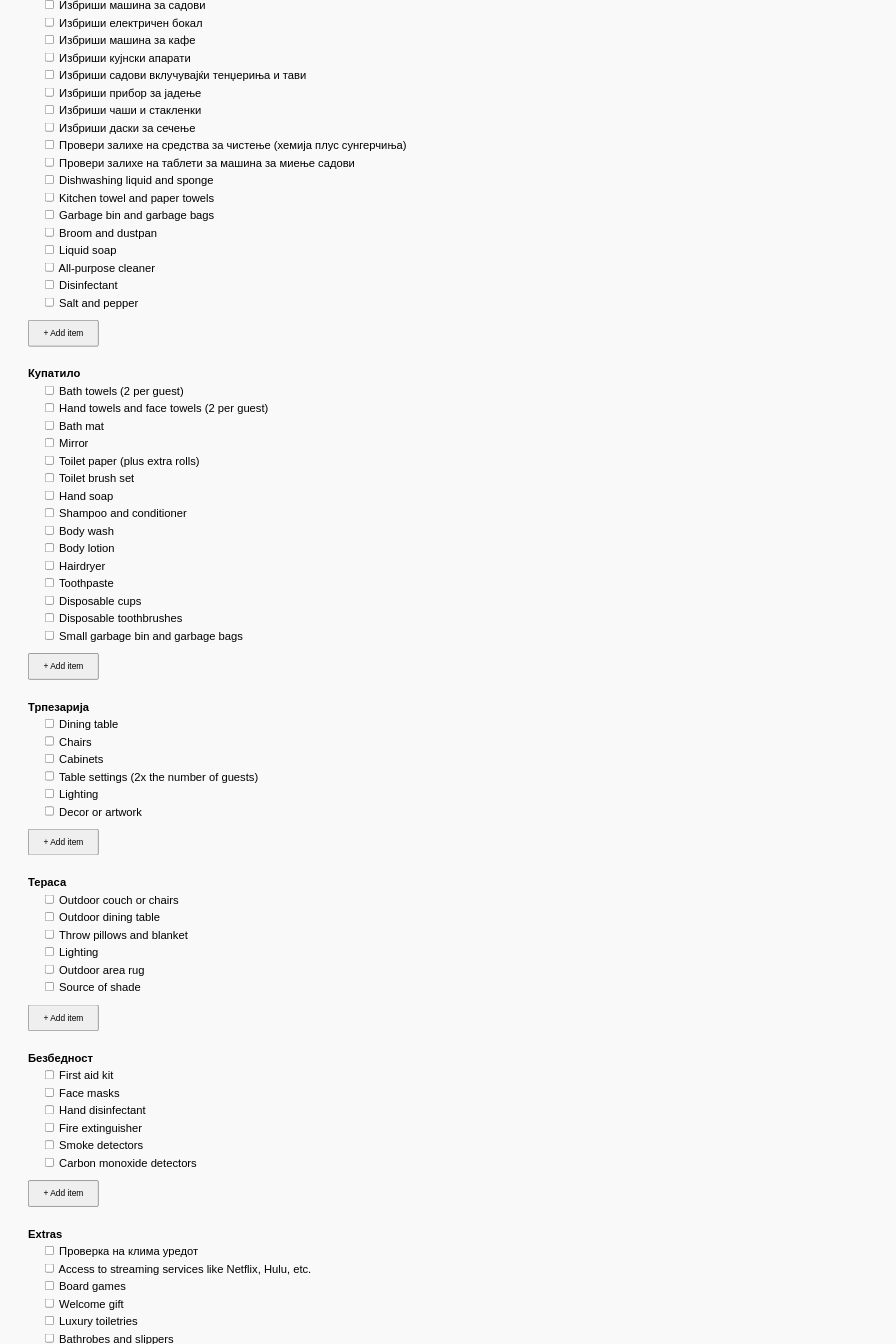
Repository: Z0ck0/Lynx-Apartment-Dashboard
Page: index.html
An editor plug-in stored every save of this project. The page is shown before and after the next save, followed by the edit.
The browser window is 1280 px wide. The pictures show the part of the page from y = 1660 to 3580 px (the page is 3962 px tall before and 3937 px after), at 70% of full size.

Above is the page before, as saved 2025-05-29 11:15:19.

After the next save:
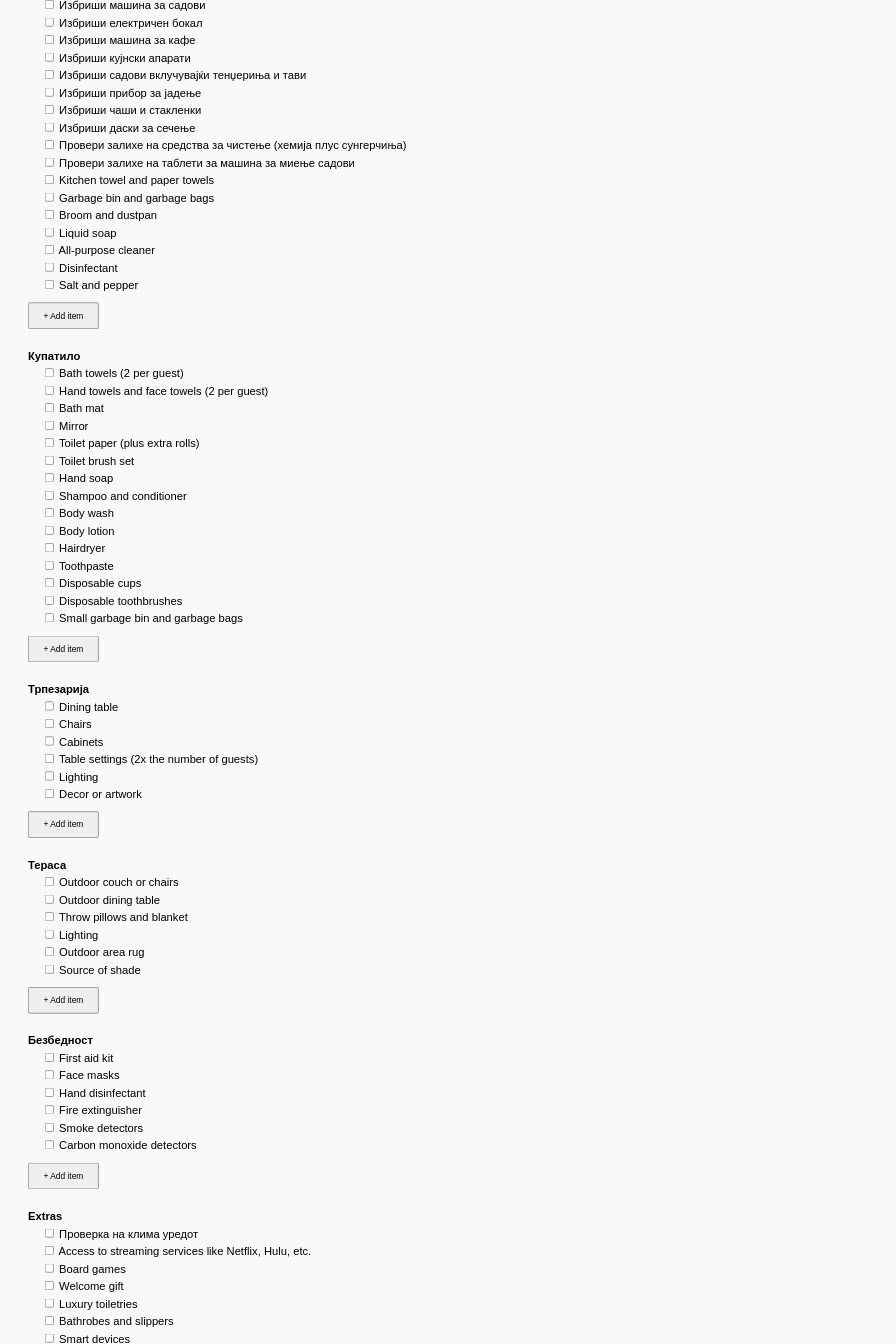
Saved 6 s later.
--- a/index.html
+++ b/index.html
@@ -242,7 +242,7 @@
           "Избриши даски за сечење",
           "Провери залихе на средства за чистење (хемија плус сунгерчиња)",
           "Провери залихе на таблети за машина за миење садови",
-          "Dishwashing liquid and sponge",
+
           "Kitchen towel and paper towels",
           "Garbage bin and garbage bags",
           "Broom and dustpan",

After the save that followed:
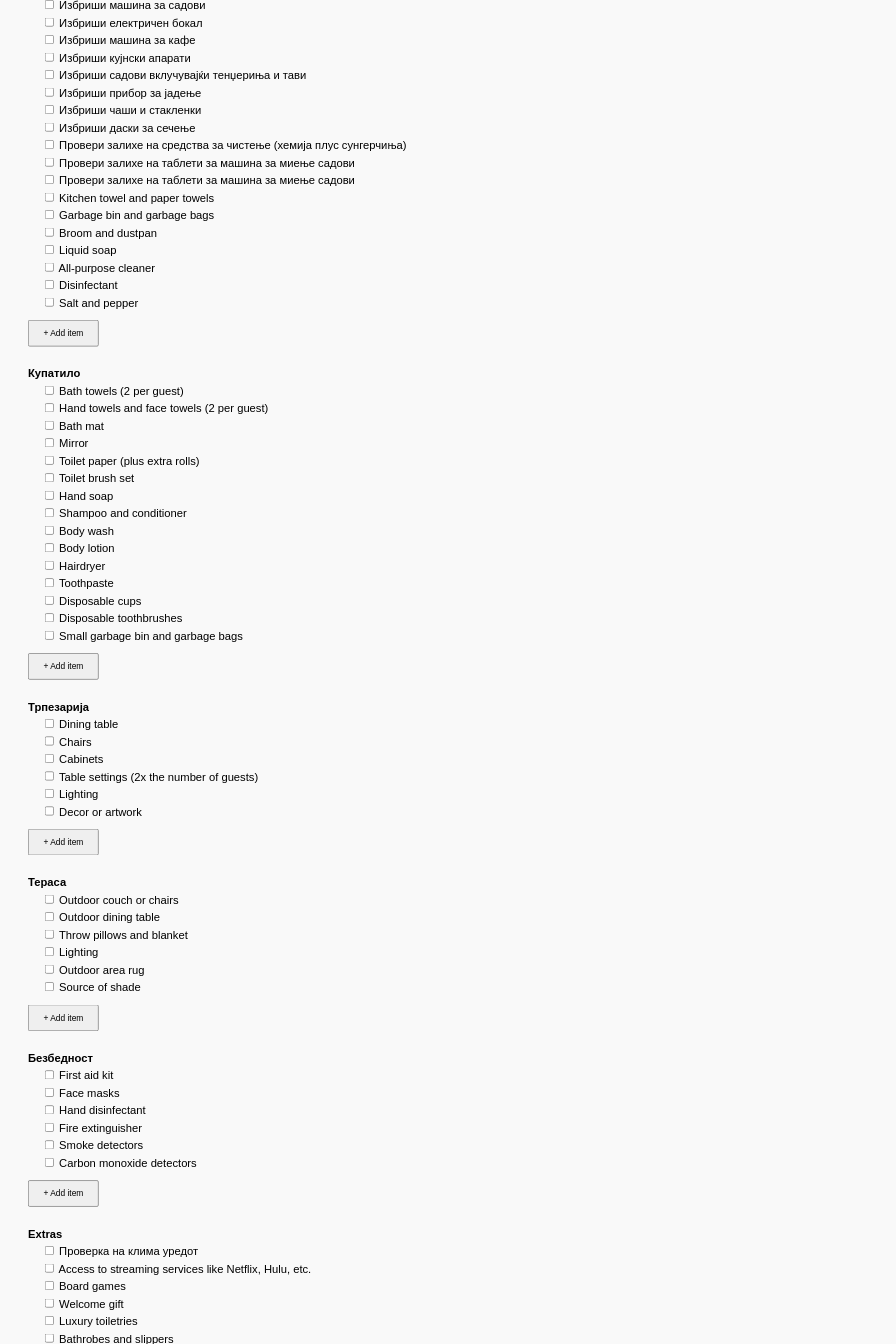
Saved 9 s later.
--- a/index.html
+++ b/index.html
@@ -242,7 +242,7 @@
           "Избриши даски за сечење",
           "Провери залихе на средства за чистење (хемија плус сунгерчиња)",
           "Провери залихе на таблети за машина за миење садови",
-
+          "Провери залихе на таблети за машина за миење садови",
           "Kitchen towel and paper towels",
           "Garbage bin and garbage bags",
           "Broom and dustpan",
